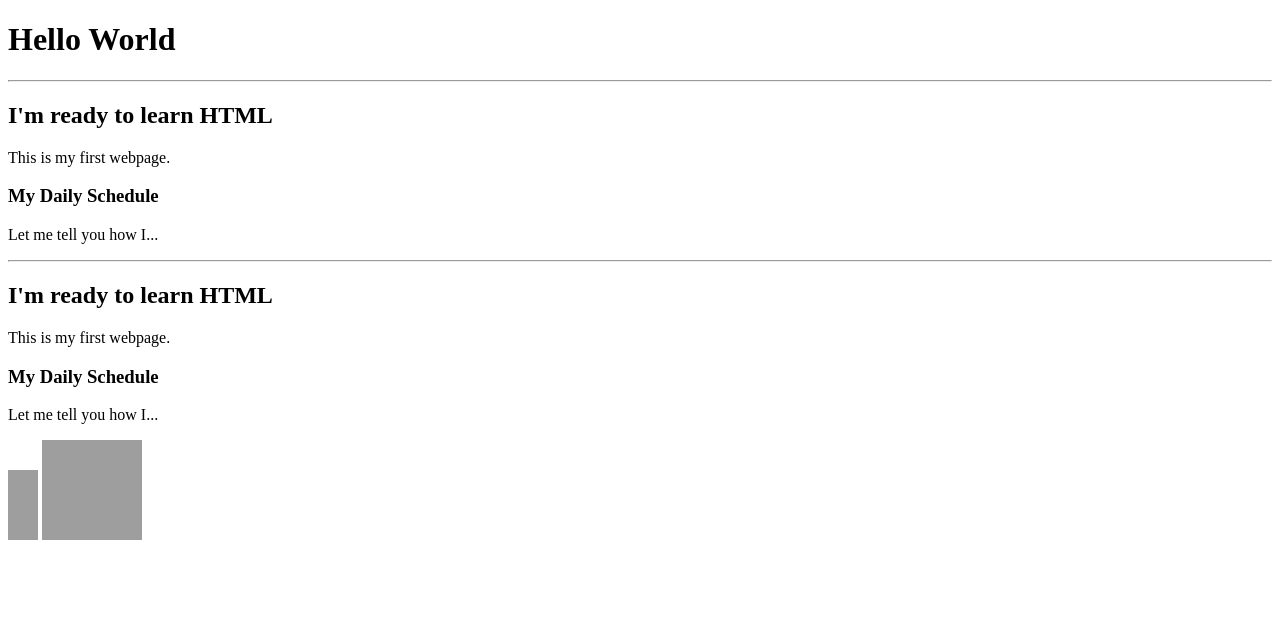
Repository: AmiaFischer/Boba
Page: index.html
The author's editor kept a copy of each file at every save. The page is drawn from the files as they stood at one save, then again after the next save.
The browser window is 1280 px wide. The pictures show the whole page.
Pictures or frames that could not be fetched are drawn as grey boxes.

Above is the page before, as saved 2024-11-11 20:19:19.

After the next save:
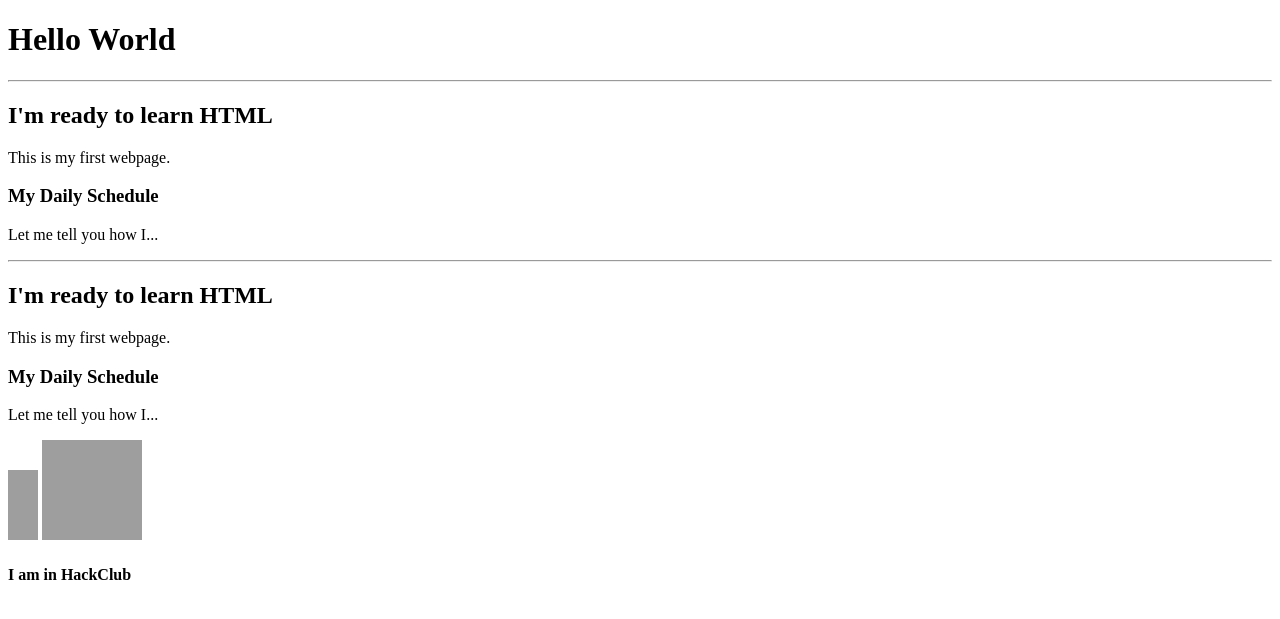
Saved 35 s later.
--- a/index.html
+++ b/index.html
@@ -31,6 +31,8 @@
 
         <img src="https://images.pexels.com/photos/45201/kitty-cat-kitten-pet-45201.jpeg?auto=compress&cs=tinysrgb&dpr=1&w=500"
         style="width:100px; height: 100px"></img>
+
+        <h4>I am in HackClub</h4>
     </body>
 
 </html>
